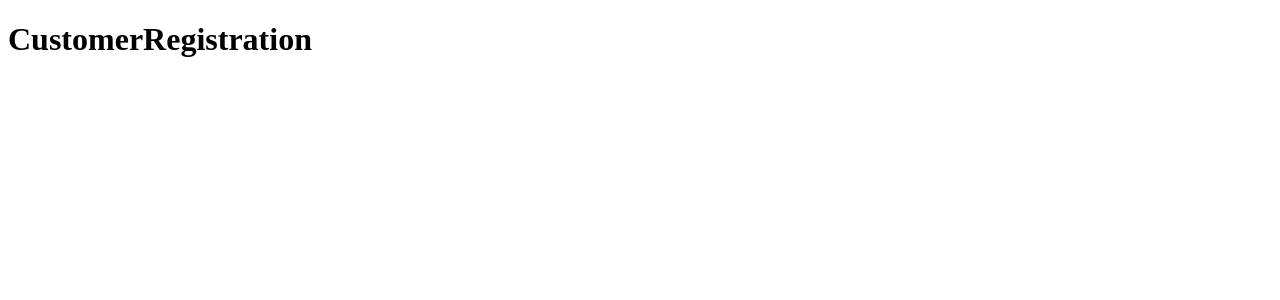
Repository: vinay14121997/test
Page: http://localhost/HotelManagementSystemByUsingSpringWebMVCWithClassConfig/CoustomerRegistration.jsp
These files come from the project's save history. The page is drawn as it stood at one moment and after the next save; the edit follows.
The browser window is 1280 px wide. The pictures show the whole page.
The page is served by Tomcat 9.

Above is the page before, as saved 2024-09-20 11:07:45.

After the next save:
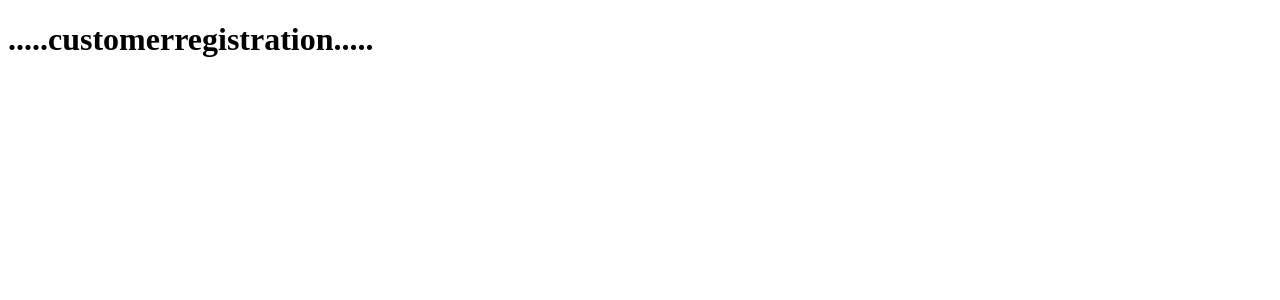
Saved 53 s later.
--- a/HotelManagementSystemByUsingSpringWebMVCWithClassConfig/src/main/webapp/CoustomerRegistration.jsp
+++ b/HotelManagementSystemByUsingSpringWebMVCWithClassConfig/src/main/webapp/CoustomerRegistration.jsp
@@ -8,7 +8,7 @@
 </head>
 <body>
 <form action="customerregistration">
-<h1>CustomerRegistration</h1>
+<h1>.....customerregistration.....</h1>
 
 
 </form>
